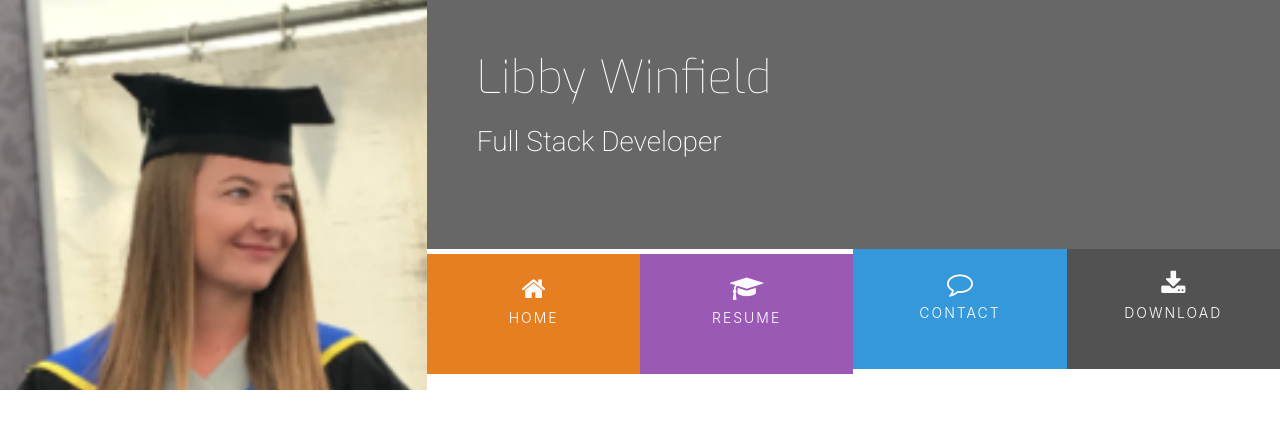
Repository: LibbyWin/CV
Page: index.html
The author's editor kept a record of every edit. The page is drawn from the files as they stood at one moment, then again after the next edit.
The browser window is 1280 px wide. The pictures show the whole page.

Above is the page before.

After the next edit:
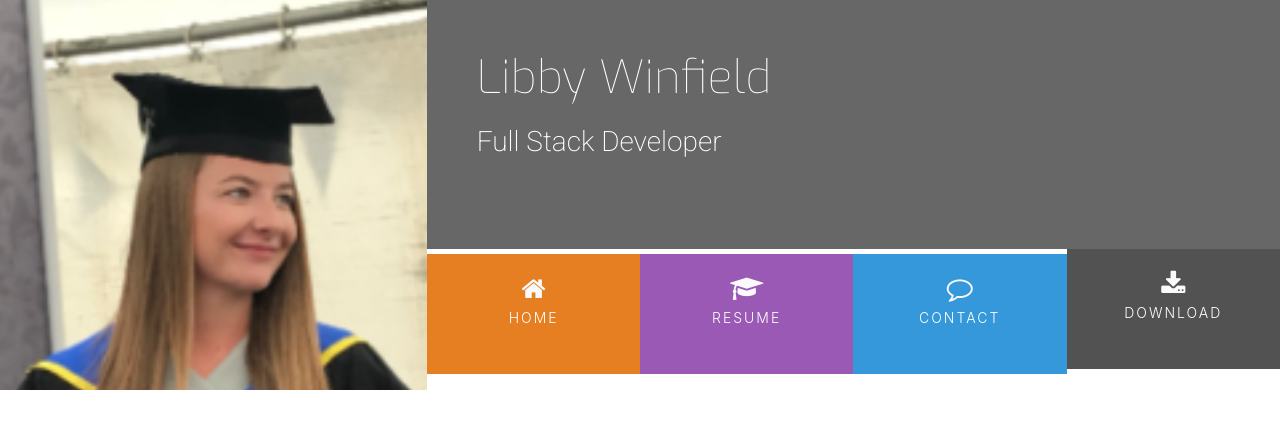
The edit:
--- a/index.html
+++ b/index.html
@@ -37,7 +37,7 @@
                                 <a href="#" class="hvr-sweep-to-bottom"><i class="fa fa-graduation-cap" aria-hidden="true"></i><span>Resume</span></a>
                             </li>
                             <li class="col-6 col-sm-3 ui-menu-color-contact list-inline-item menuitem">
-                                <a href="#"><i class="fa fa-comment-o" aria-hidden="true"></i><span>Contact</span></a>
+                                <a href="#" class="hvr-sweep-to-bottom"><i class="fa fa-comment-o" aria-hidden="true"></i><span>Contact</span></a>
                             </li>
                             <li class="col-6 col-sm-3 ui-menu-color-download list-inline-item menuitem">
                                 <a href="#"><i class="fa fa-download" aria-hidden="true"></i><span>Download</span></a>
